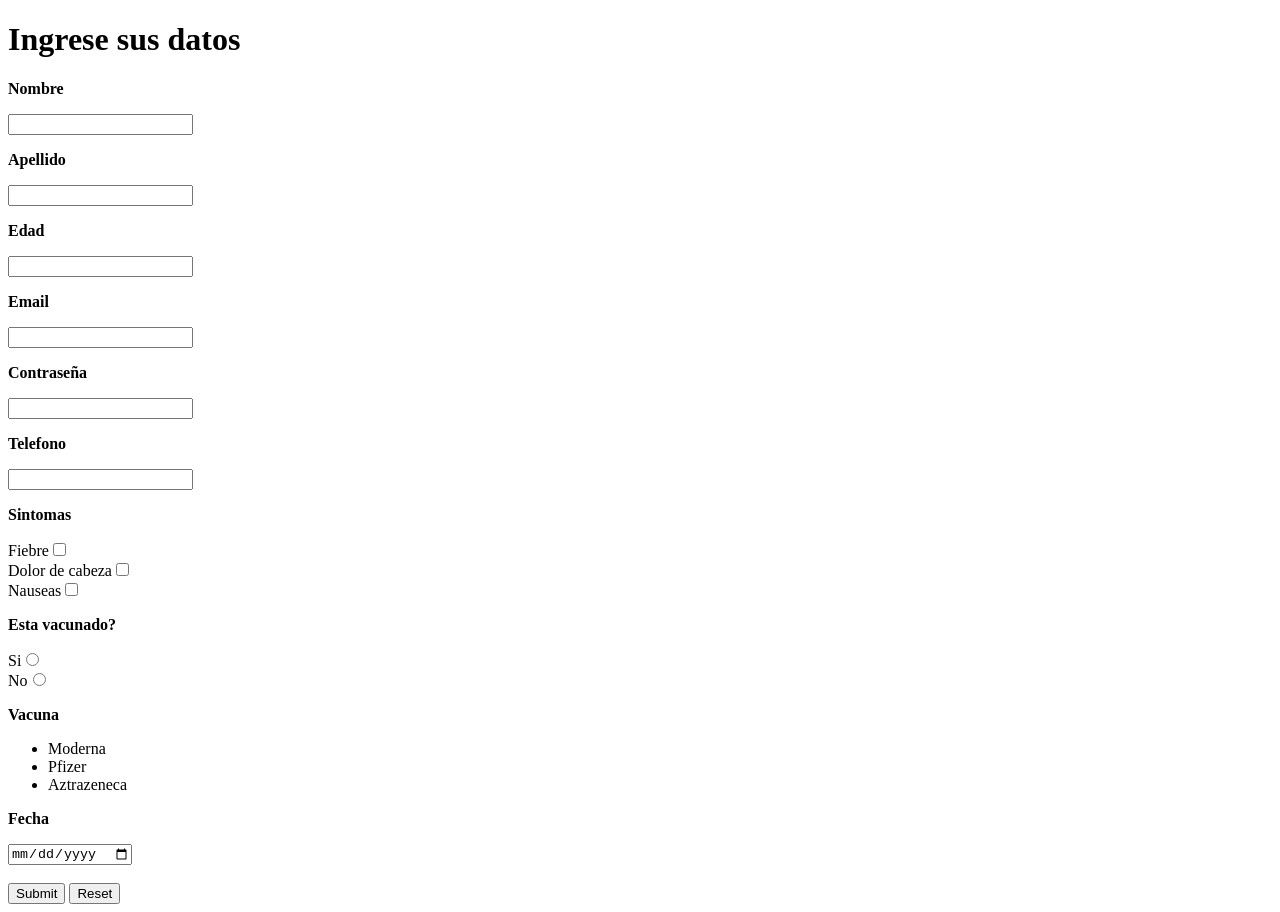
Repository: fran2708/LPPA
Page: Project 2 - Covid registration/index.html
An editor plug-in stored every save of this project. The page is shown before and after the next save, followed by the edit.
The browser window is 1280 px wide. The pictures show the whole page.

Above is the page before, as saved 2022-04-19 21:17:15.

### Project 2 - Covid registration/index.html
<!DOCTYPE html>
<html lang="en">
<head>
    <meta charset="UTF-8">
    <meta http-equiv="X-UA-Compatible" content="IE=edge">
    <meta name="viewport" content="width=device-width, initial-scale=1.0">
    <title>Formulario Covid</title>
</head>
<body>
    <h1>Ingrese sus datos</h1>
    <form>
        <p><strong>Nombre</strong></p>
        <input type="text" name="nombre">
        <p><strong>Apellido</strong></p>
        <input type="text" name="apellido">
        <p><strong>Edad</strong></p>
        <input type="text" name="edad">
        <p><strong>Email</strong></p>
        <input type="email" name="email">
        <p><strong>Contraseña</strong></p>
        <input type="password" name="password">
        <p><strong>Telefono</strong></p>
        <input type="tel" name="telefono">
        <p><strong>Sintomas</strong></p>
        <label>Fiebre<input type="checkbox" name="fiebre"></label><br>
        <label>Dolor de cabeza<input type="checkbox" name="dolorCabeza"></label><br>
        <label>Nauseas<input type="checkbox" name="nauseas"></label><br>
        <p><strong>Esta vacunado?</strong></p>
        <label>Si<input type="radio" name="radioSi"></label><br>
        <label>No<input type="radio" name="radioNo"></label><br>
        <p><strong>Vacuna</strong></p>
        <ul id="vacuna-option">
            <li data-option="moderna" class="sel">Moderna</li>
            <li data-option="pfizer">Pfizer</li>
            <li data-option="aztrazeneca">Aztrazeneca</li>
        </ul>
        <p><strong>Fecha</strong></p>
        <input type="date" name="fecha"><br><br>
        <button type="submit" name="submit">Submit</button>
        <button type="reset" name="reset">Reset</button>
    </form>
</body>
</html>

After the next save:
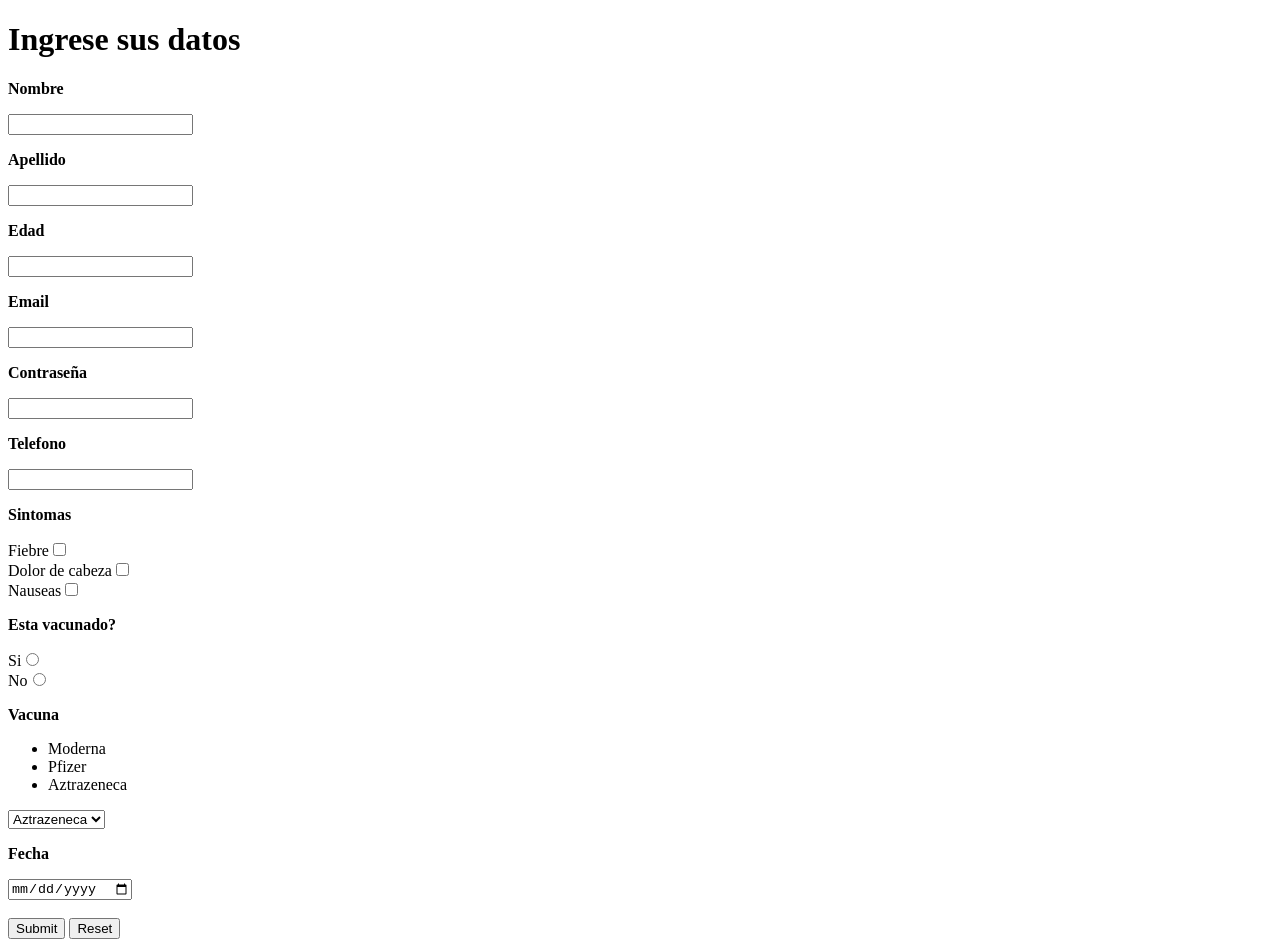
Saved 2 min 55 s later.
--- a/Project 2 - Covid registration/index.html
+++ b/Project 2 - Covid registration/index.html
@@ -34,6 +34,11 @@
             <li data-option="pfizer">Pfizer</li>
             <li data-option="aztrazeneca">Aztrazeneca</li>
         </ul>
+        <select name="vacuna-option">
+            <option value="azt">Aztrazeneca</option>
+            <option value="moderna">Moderna</option>
+            <option value="pfizer">Pfizer</option>
+        </select>
         <p><strong>Fecha</strong></p>
         <input type="date" name="fecha"><br><br>
         <button type="submit" name="submit">Submit</button>
